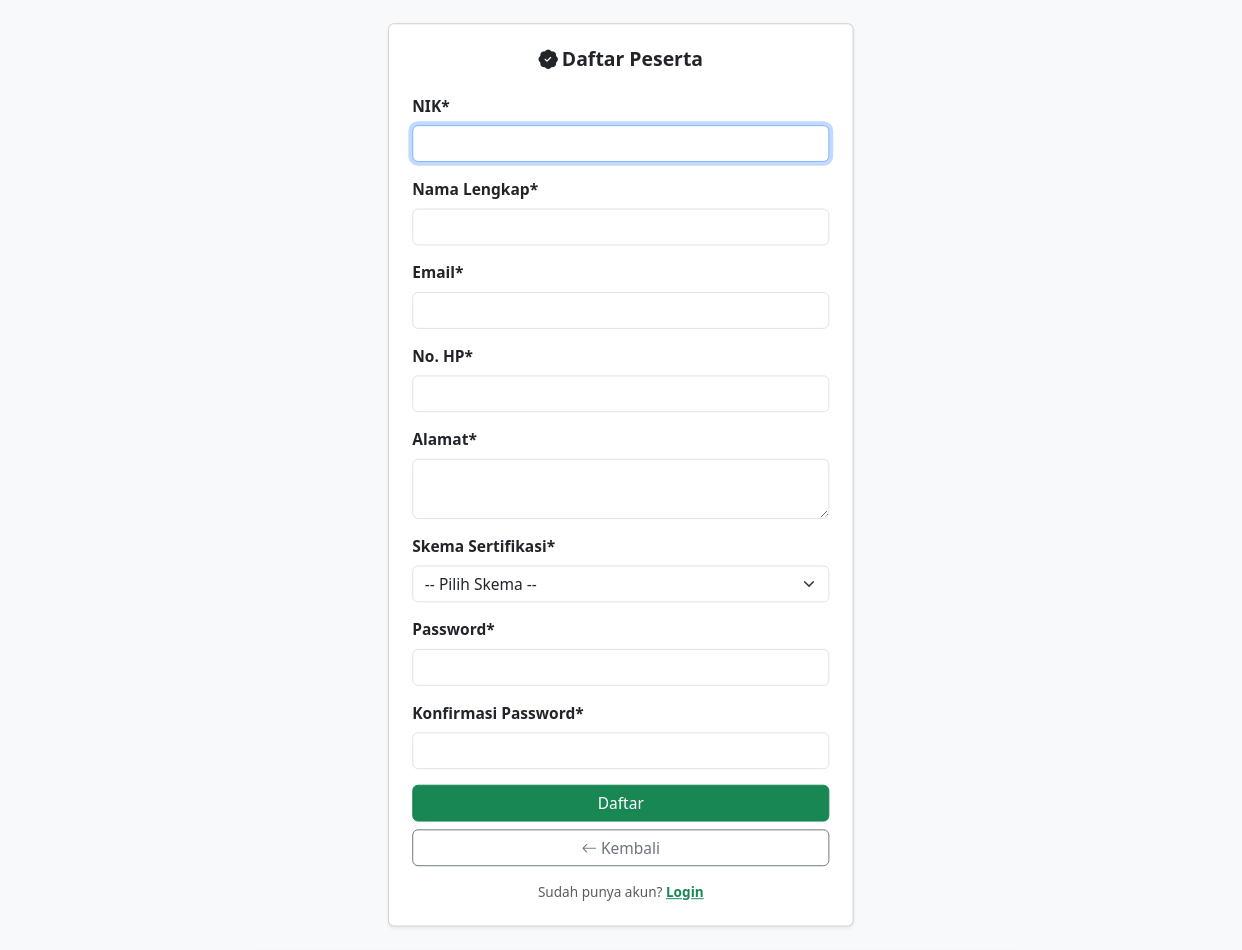
Repository: Zaki-Blip/USK_Project
Page: http://localhost/register
These files come from the project's save history. The page is drawn as it stood at one moment and after the next save; the edit follows.
The browser window is 1280 px wide. The pictures show the whole page, at 97% of full size.
The page is served by the project's Laravel application, run on PHP 8.4 with Laravel 12. Other server files are loaded and not shown. Queries for data that is not in the repository find no rows.

Above is the page before, as saved 2026-10-13 14:17:54.

### routes/web.php
<?php

use Illuminate\Support\Facades\Route;
use App\Http\Controllers\AuthController;
use App\Http\Controllers\DashboardController;
use App\Http\Controllers\PesertaController;
use App\Http\Controllers\SkemaController;

// Halaman Awal (publik)
Route::view('/', 'halamanAwal')->name('halamanAwal');

// Area Guest (belum login)
Route::middleware('guest')->group(function () {
    Route::get('/login', [AuthController::class, 'showLogin'])->name('login');
    Route::post('/login', [AuthController::class, 'login']);

    Route::get('/register', [AuthController::class, 'showRegister'])->name('register');
    Route::post('/register', [AuthController::class, 'register']);
});

// Area Terproteksi (sudah login)
Route::middleware('auth')->group(function () {
    Route::post('/logout', [AuthController::class, 'logout'])->name('logout');
    Route::get('/dashboard', [DashboardController::class, 'index'])->name('dashboard');

    // Khusus admin (harus di atas)
    Route::middleware('role:admin')->group(function () {
        Route::resource('peserta', PesertaController::class)
            ->parameters(['peserta' => 'peserta'])
            ->only(['create', 'store', 'destroy']);

        Route::resource('skema', SkemaController::class)
            ->except(['index', 'show']);
    });

    // Admin & user
    Route::resource('peserta', PesertaController::class)
        ->parameters(['peserta' => 'peserta'])
        ->only(['index', 'show', 'edit', 'update']);

    Route::resource('skema', SkemaController::class)
        ->only(['index', 'show']);
});

### app/Http/Controllers/AuthController.php
<?php

namespace App\Http\Controllers;

use App\Models\Peserta;
use App\Models\Skema;
use App\Models\User;
use Illuminate\Http\Request;
use Illuminate\Support\Facades\Auth;
use Illuminate\Support\Facades\DB;
use Illuminate\Support\Facades\Hash;

class AuthController extends Controller
{
    public function showRegister()
{
    $skemas = Skema::orderBy('nama_skema')->get();

    return view('auth.register', compact('skemas'));
}

public function register(Request $request)
{
    $data = $request->validate([
        'nik'      => ['required', 'digits:16', 'unique:pesertas,nik'],
        'name'     => ['required', 'string', 'max:255', 'regex:/^[a-zA-Z\s\.\']+$/'],
        'email'    => ['required', 'email:rfc,dns', 'unique:users,email', 'unique:pesertas,email'],
        'no_hp'    => ['required', 'regex:/^08[0-9]{9,11}$/'],
        'alamat'   => ['required', 'string', 'max:500'],
        'skema_id' => ['required', 'exists:skemas,id'],
        'password' => ['required', 'min:6', 'confirmed'],
    ], [
        'nik.required'       => 'NIK wajib diisi.',
        'nik.digits'         => 'NIK harus 16 digit.',
        'nik.unique'         => 'NIK sudah terdaftar.',
        'name.required'      => 'Nama wajib diisi.',
        'name.regex'         => 'Nama hanya boleh berisi huruf, spasi, titik, dan petik.',
        'email.required'     => 'Email wajib diisi.',
        'email.email'        => 'Format email tidak valid.',
        'email.unique'       => 'Email sudah terdaftar.',
        'no_hp.required'     => 'No HP wajib diisi.',
        'no_hp.regex'        => 'No HP harus diawali 08 dan memiliki panjang 11-13 digit.',
        'alamat.required'    => 'Alamat wajib diisi.',
        'skema_id.required'  => 'Skema wajib dipilih.',
        'skema_id.exists'    => 'Skema tidak ditemukan.',
        'password.required'  => 'Password wajib diisi.',
        'password.min'       => 'Password minimal 6 karakter.',
        'password.confirmed' => 'Konfirmasi password tidak cocok.',
    ]);

    DB::transaction(function () use ($data) {
        $user = User::create([
            'name'     => $data['name'],
            'email'    => $data['email'],
            'password' => Hash::make($data['password']),
        ]);

        Peserta::create([
            'user_id'        => $user->id,
            'nik'            => $data['nik'],
            'nama'           => $data['name'],
            'email'          => $data['email'],
            'no_hp'          => $data['no_hp'],
            'alamat'         => $data['alamat'],
            'skema_id'       => $data['skema_id'],
            'tanggal_daftar' => now()->toDateString(),
        ]);
    });

    return redirect()->route('halamanAwal')
        ->with('sukses', 'Registrasi berhasil. Silakan login.');
}
    // Tampilkan form login
    public function showLogin()
    {
        return view('auth.login');
    }

    // Proses login
    public function login(Request $request)
    {
        $credentials = $request->validate([
            'email'    => ['required', 'email'],
            'password' => ['required'],
        ], [
            'email.required'    => 'Email wajib diisi.',
            'email.email'       => 'Format email tidak valid.',
            'password.required' => 'Password wajib diisi.',
        ]);
        if (Auth::attempt($credentials, $request->boolean('remember'))) {
            $request->session()->regenerate();
            return redirect()->intended('/dashboard')
                             ->with('sukses', 'Selamat datang, ' . Auth::user()->name);
        }
        return back()
            ->withErrors(['email' => 'Email atau password salah.'])
            ->onlyInput('email');
    }
    // Logout
    public function logout(Request $request)
    {
        Auth::logout();
        $request->session()->invalidate();
        $request->session()->regenerateToken();
        return redirect('/login')->with('danger', 'Anda berhasil logout.');
    }
}

### app/Models/Skema.php
<?php

namespace App\Models;

use Illuminate\Database\Eloquent\Model;

class Skema extends Model
{
    protected $table = 'skemas'; // ← tambahkan

    protected $fillable = ['kode_skema', 'nama_skema', 'deskripsi'];

    public function pesertas()
    {
        return $this->hasMany(Peserta::class, 'skema_id');
    }
}

### resources/views/auth/register.blade.php
<!DOCTYPE html>
<html lang="id">
<head>
    <meta charset="UTF-8">
    <meta name="viewport" content="width=device-width, initial-scale=1">
    <title>Register</title>
    <link href="https://cdn.jsdelivr.net/npm/bootstrap@5.3.0/dist/css/bootstrap.min.css" rel="stylesheet">
    <link href="https://cdn.jsdelivr.net/npm/bootstrap-icons@1.11.0/font/bootstrap-icons.css" rel="stylesheet">
</head>
<body class="bg-light d-flex align-items-center" style="min-height:100vh">

<div class="card shadow-sm mx-auto p-4 my-4" style="max-width:480px;width:100%">
    <h5 class="text-center text-dark fw-bold mb-4">
        <i class="bi bi-patch-check-fill me-1"></i>Daftar Peserta
    </h5>

    @if($errors->any())
        <div class="alert alert-danger py-3 small">{{ $errors->first() }}</div>
    @endif

    <form method="POST" action="{{ route('register') }}">@csrf
        <div class="mb-3">
            <label class="form-label fw-bold">NIK*</label>
            <input type="text" name="nik" class="form-control" value="{{ old('nik') }}" maxlength="16" required autofocus>
        </div>
        <div class="mb-3">
            <label class="form-label fw-bold">Nama Lengkap*</label>
            <input type="text" name="name" class="form-control" value="{{ old('name') }}" required>
        </div>
        <div class="mb-3">
            <label class="form-label fw-bold">Email*</label>
            <input type="email" name="email" class="form-control" value="{{ old('email') }}" required>
        </div>
        <div class="mb-3">
            <label class="form-label fw-bold">No. HP*</label>
            <input type="text" name="no_hp" class="form-control" value="{{ old('no_hp') }}" required>
        </div>
        <div class="mb-3">
            <label class="form-label fw-bold">Alamat*</label>
            <textarea name="alamat" class="form-control" rows="2" required>{{ old('alamat') }}</textarea>
        </div>
        <div class="mb-3">
            <label class="form-label fw-bold">Skema Sertifikasi*</label>
            <select name="skema_id" class="form-select" required>
                <option value="">-- Pilih Skema --</option>
                @foreach($skemas as $s)
                    <option value="{{ $s->id }}" {{ old('skema_id') == $s->id ? 'selected' : '' }}>
                        {{ $s->nama_skema }}
                    </option>
                @endforeach
            </select>
        </div>
        <div class="mb-3">
            <label class="form-label fw-bold">Password*</label>
            <input type="password" name="password" class="form-control" required>
        </div>
        <div class="mb-3">
            <label class="form-label fw-bold">Konfirmasi Password*</label>
            <input type="password" name="password_confirmation" class="form-control" required>
        </div>
        <button class="btn btn-success w-100">Daftar</button>
    </form>

    <a href="{{ route('halamanAwal') }}" class="btn btn-outline-secondary w-100 mt-2">
        <i class="bi bi-arrow-left me-1"></i>Kembali
    </a>

    <p class="text-center small text-muted mt-3 mb-0">
        Sudah punya akun? <a href="{{ route('login') }}" class="text-success fw-bold">Login</a>
    </p>
</div>

</body>
</html>

Loaded but not shown: app/Http/Controllers/Controller.php (common file)

After the next save:
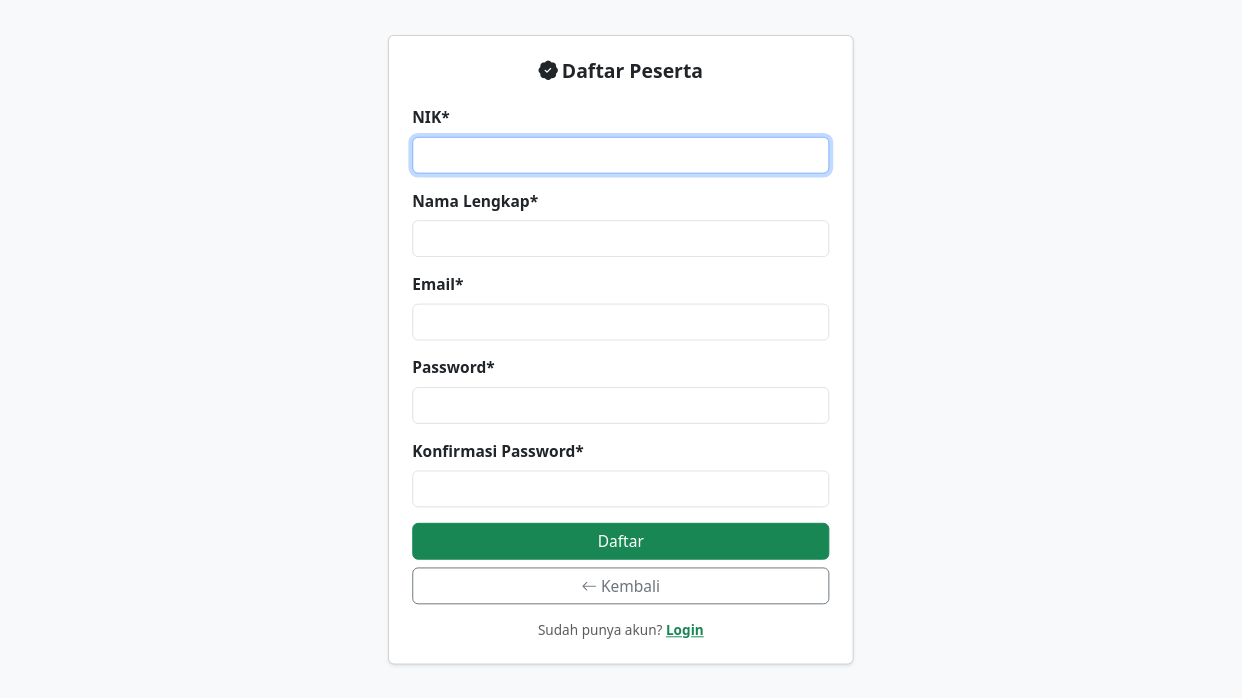
Saved 2 h 38 min later.
--- a/resources/views/auth/register.blade.php
+++ b/resources/views/auth/register.blade.php
@@ -32,25 +32,6 @@
             <input type="email" name="email" class="form-control" value="{{ old('email') }}" required>
         </div>
         <div class="mb-3">
-            <label class="form-label fw-bold">No. HP*</label>
-            <input type="text" name="no_hp" class="form-control" value="{{ old('no_hp') }}" required>
-        </div>
-        <div class="mb-3">
-            <label class="form-label fw-bold">Alamat*</label>
-            <textarea name="alamat" class="form-control" rows="2" required>{{ old('alamat') }}</textarea>
-        </div>
-        <div class="mb-3">
-            <label class="form-label fw-bold">Skema Sertifikasi*</label>
-            <select name="skema_id" class="form-select" required>
-                <option value="">-- Pilih Skema --</option>
-                @foreach($skemas as $s)
-                    <option value="{{ $s->id }}" {{ old('skema_id') == $s->id ? 'selected' : '' }}>
-                        {{ $s->nama_skema }}
-                    </option>
-                @endforeach
-            </select>
-        </div>
-        <div class="mb-3">
             <label class="form-label fw-bold">Password*</label>
             <input type="password" name="password" class="form-control" required>
         </div>
